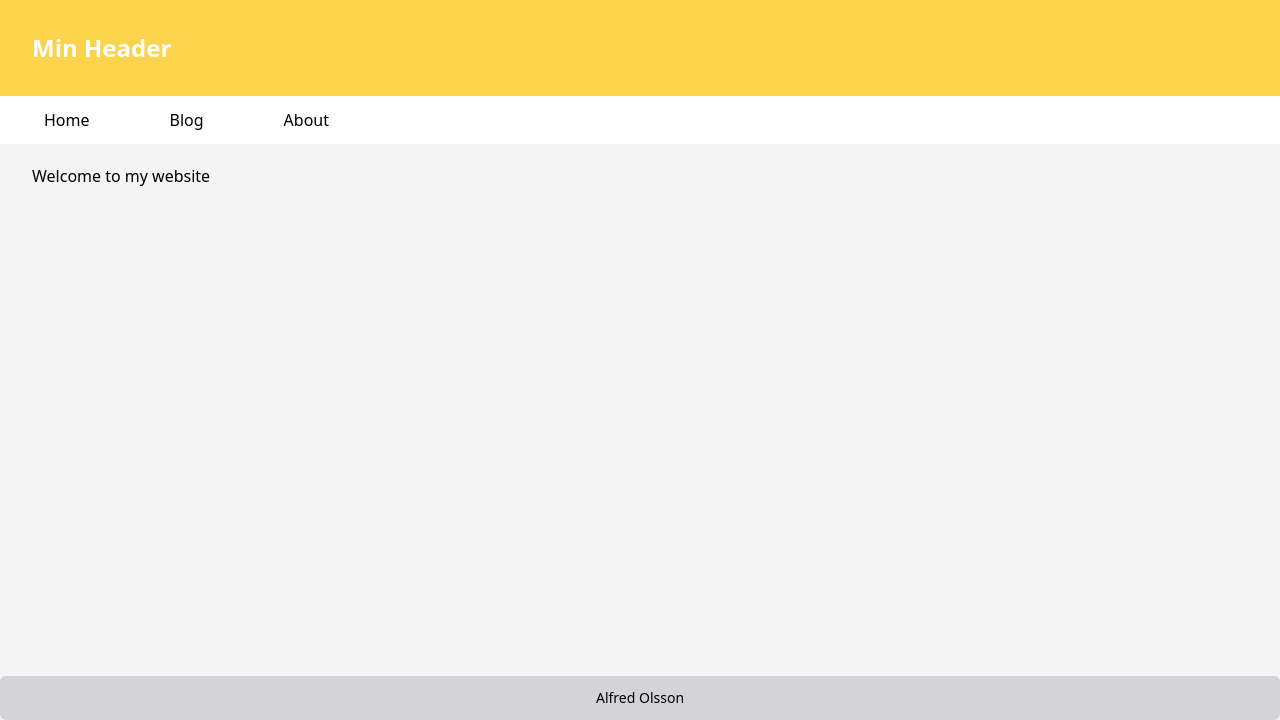
Repository: AlligatorAffe/NextWebsite
Page: /
These files come from the project's save history. The page is drawn as it stood at one moment and after the next save; the edit follows.
The browser window is 1280 px wide. The pictures show the whole page.
The project was rebuilt for these pictures with package versions that can differ from the ones it lists, and the page was loaded fresh each time. The framework's server and built-in components were replaced by stand-ins that run in the browser. Also part of the build but not shown: next.config.js.

Above is the page before, as saved 2024-01-04 22:00:15.

After the next save:
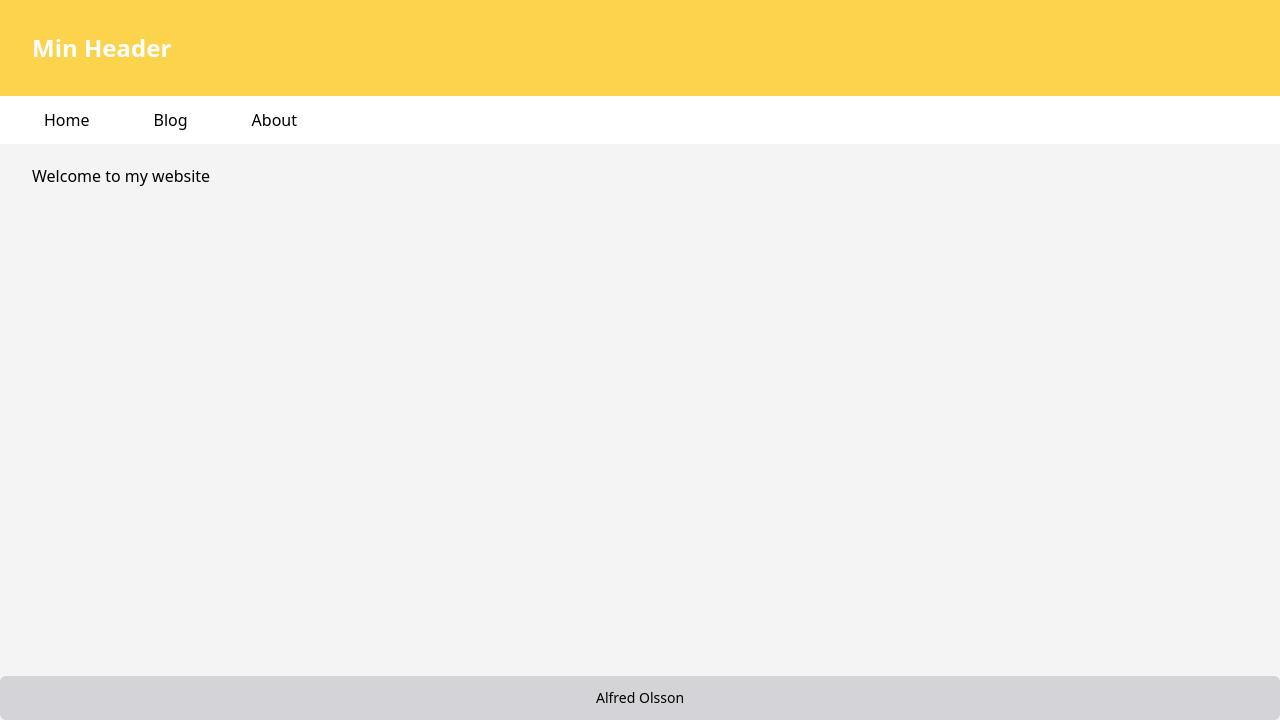
Saved 10 s later.
--- a/app/layout.tsx
+++ b/app/layout.tsx
@@ -61,7 +61,7 @@ export default function RootLayout({
           </header>
 
           <nav className="bg-white p-3">
-            <ul className="flex space-x-4">
+            <ul className="flex ">
               {navLinks.map((link, index) => (
                 <li key={index}>
                   <Link href={link.href} className="p-8">
